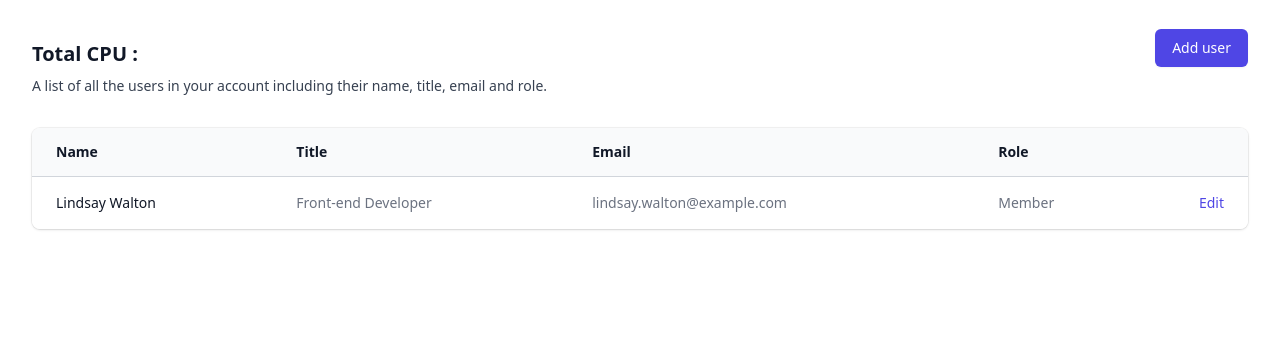
Repository: emorilebo/cpu-reader
Page: /
An editor plug-in stored every save of this project. The page is shown before and after the next save, followed by the edit.
The browser window is 1280 px wide. The pictures show the whole page.
The project was rebuilt for these pictures with package versions that can differ from the ones it lists, and the page was loaded fresh each time. The framework's server and built-in components were replaced by stand-ins that run in the browser. Also part of the build but not shown: next.config.js, styles/Home.module.css.

Above is the page before, as saved 2023-01-13 12:28:26.

After the next save:
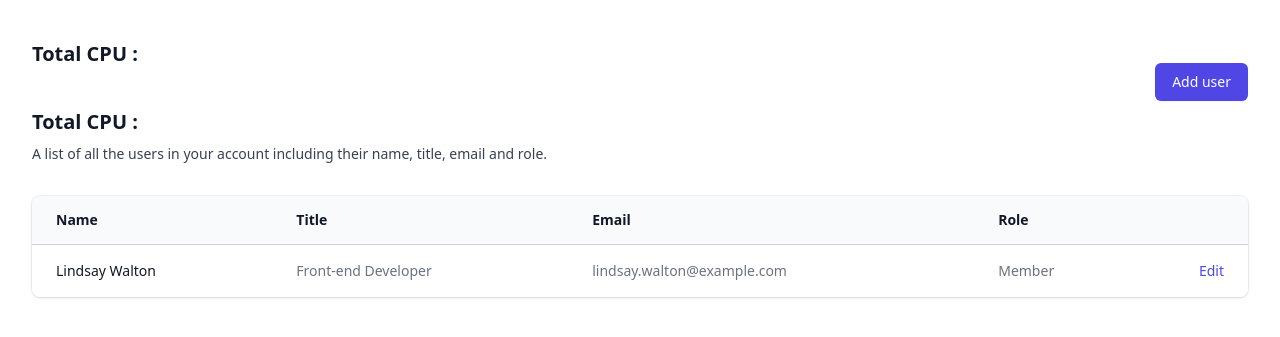
Saved 8 s later.
--- a/components/Tables.jsx
+++ b/components/Tables.jsx
@@ -10,6 +10,7 @@ export default function Tables() {
     <div className="px-4 sm:px-6 lg:px-8">
       <div className="sm:flex sm:items-center">
         <div className="sm:flex-auto">
+          <h1 className=" mt-10 text-xl font-semibold text-gray-900">Total CPU : </h1>
           <h1 className=" mt-10 text-xl font-semibold text-gray-900">Total CPU : </h1>
           <p className="mt-2 text-sm text-gray-700">
             A list of all the users in your account including their name, title,
